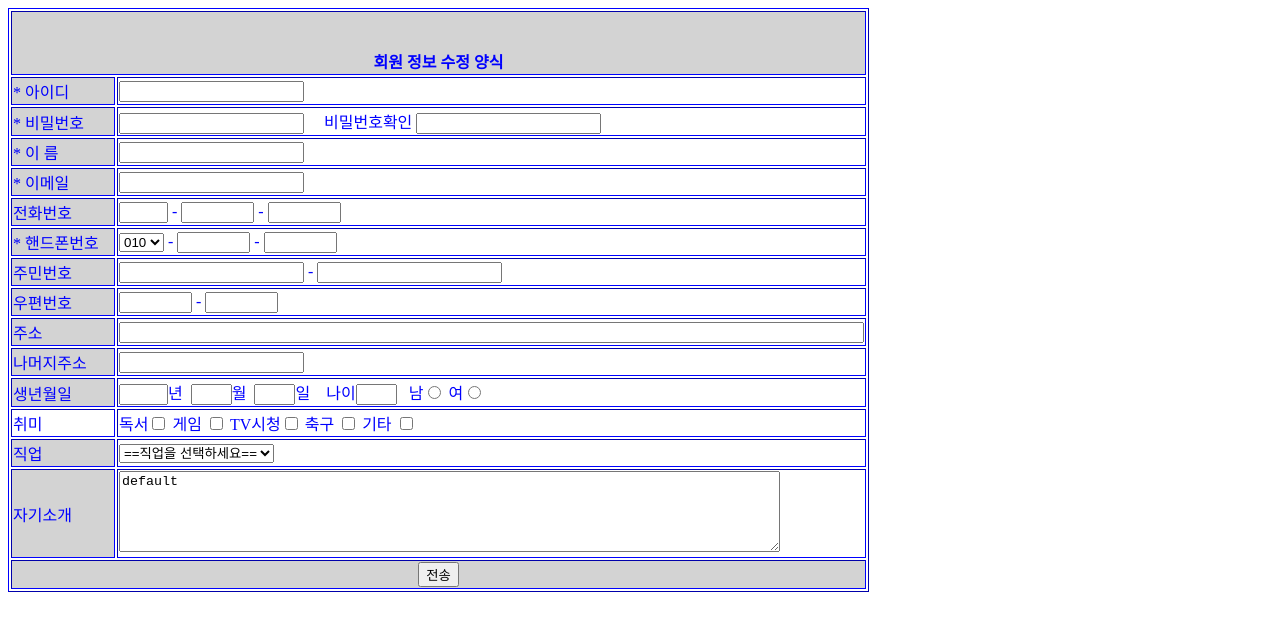
Repository: vkfkstptkd1/WebProgramming
Page: http://localhost/ch3_FormTag/In_Form_ok.jsp
These files come from the project's save history. The page is drawn as it stood at one moment and after the next save; the edit follows.
The browser window is 1280 px wide. The pictures show the whole page.
The page is served by Tomcat 9.

Above is the page before, as saved 2021-03-20 09:12:48.

### ch3_FormTag/WebContent/In_Form_ok.jsp
<%@ page language="java" contentType="text/html; charset=EUC-KR"
    pageEncoding="EUC-KR"%>
<%  request.setCharacterEncoding("euc-kr");  %><!--한글입력전송받을때이거반드시필요.-->
<!DOCTYPE html>
<html>
<head>
<meta charset="EUC-KR">
<title>Insert title here</title>
<style type="text/css">
.style1{border-color:blue;color:blue;}
.style0{color:blue;background-color:lightgrey;}
</style>
</head>
<body>
	<table class="style1" border="1">
	<tr><th class="style0" colspan=2><br><br>회원 정보 수정 양식</th></tr><!--표제목  -->
	<tr><td class="style0" width= "100"> * 아이디</td>
		<td width="500"> <input type="text" name="id"></td>
	</tr>
	<tr><td class="style0"> * 비밀번호</td>
		<td class="style1"> <input type="text" name="pwd"> &nbsp;&nbsp;&nbsp;&nbsp;비밀번호확인 <input type="text" name="pwdok">
		</td>
	</tr>
	<tr><td class="style0"> * 이 름</td>
		<td class="style1"> <input type="text" name="name"></td>
	</tr>
	<tr><td class="style0"> * 이메일</td>
		<td class="style1"> <input type="text" name="email"></td>
	</tr>
	<tr><td class="style0"> 전화번호</td>
		<td class="style1"><input type="text" name="homenumber" size=3>
			-
			<input type="text" name="homenumber" size=6>
			-
			<input type="text" name="homenumber" size=6>
		</td>
	</tr>
	<tr><td class="style0"> * 핸드폰번호</td>
		<td class="style1">
		<SELECT NAME="phonenumber1">
		<OPTION VALUE="010">010</OPTION>
		<OPTION VALUE="011">011</OPTION>
		<OPTION VALUE="012">012</OPTION>
		</SELECT>
		-
		<input type="text" name="phonenumber2" size=6>
		-
		<input type="text" name="phonenumber3" size=6>
		</td>
	</tr>
	<tr><td class="style0"> 주민번호</td>
		<td class="style1">
			 <input type="text" name="ssn1">
			 -
			 <input type="text" name="ssn2">
		</td>
	</tr>
	<tr><td class="style0"> 우편번호</td>
		<td class="style1">
			 <input type="text" name="pn1" size=6>
			 -
			 <input type="text" name="pn2" size=6></td>
	</tr>
	<tr><td class="style0"> 주소</td>
		<td class="style1"> <input type="text" name="ad" size=90 ></td>
	</tr>
	<tr><td class="style0"> 나머지주소</td>
		<td class="style1"> <input type="text" name="remainderad"></td>
	</tr>
	<tr><td class="style0"> 생년월일</td>
		<td> <input type="text" name="year" size=3>년&nbsp;
			 <input type="text" name="month" size=2>월&nbsp;
			 <input type="text" name="day" size=2>일&nbsp;&nbsp;&nbsp;
			 나이<input type="text" name="age" size=2>&nbsp;&nbsp;
			 남<input type="radio" name="gender" value="남">
			 여<input type="radio" name="gender" value="여">
		</td>
	</tr>
	<tr><td class="style1"> 취미</td>
		<td class="style1">
			 독서<input type="checkbox" name="hobby" value="독서">
			 게임	<input type="checkbox" name="hobby" value="게임">
		   TV시청<input type="checkbox" name="hobby" value="TV시청">
			 축구	<input type="checkbox" name="hobby" value="축구">
			 기타	<input type="checkbox" name="hobby" value="기타">
		</td>
	</tr>
	<tr><td class="style0"> 직업</td>
		<td >
		<SELECT NAME="job">
         <OPTION VALUE="">==직업을 선택하세요==</OPTION>
         <OPTION VALUE="학생">학생</OPTION>
         <OPTION VALUE="회사원">회사원</OPTION>
         <OPTION VALUE="군인">군인</OPTION>
         <OPTION VALUE="기타">기타</OPTION>
	    </SELECT>
	    </td>
	</tr>
	<tr><td class="style0"> 자기소개</td>
		<td class="style1">
		<textarea name="intro" rows=5 cols=80 >default</textarea>
		</td>
	</tr>
	<tr>
		<td class="style0" colspan="2"><center><input type="submit" value="전송" ></center></td>
	</tr>
	</table>

</body>
</html>

After the next save:
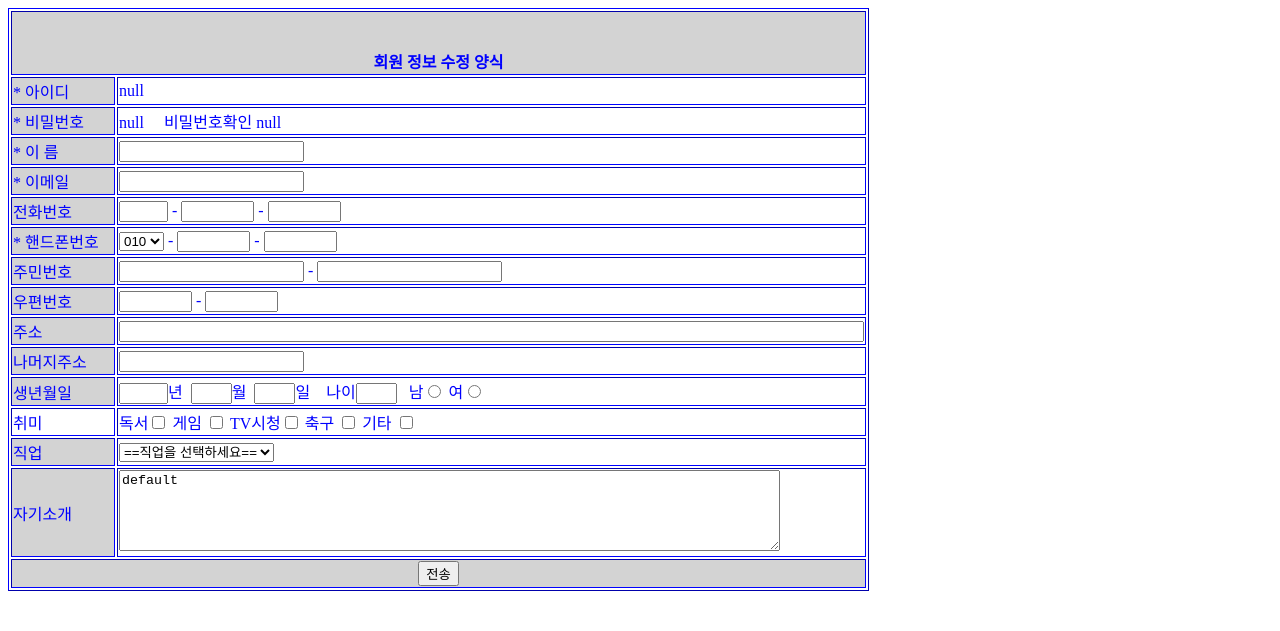
Saved 32 min 41 s later.
--- a/ch3_FormTag/WebContent/In_Form_ok.jsp
+++ b/ch3_FormTag/WebContent/In_Form_ok.jsp
@@ -15,10 +15,10 @@
 	<table class="style1" border="1">
 	<tr><th class="style0" colspan=2><br><br>회원 정보 수정 양식</th></tr><!--표제목  -->
 	<tr><td class="style0" width= "100"> * 아이디</td>
-		<td width="500"> <input type="text" name="id"></td>
+		<td width="500"> <%=request.getParameter("id") %></td>
 	</tr>
 	<tr><td class="style0"> * 비밀번호</td>
-		<td class="style1"> <input type="text" name="pwd"> &nbsp;&nbsp;&nbsp;&nbsp;비밀번호확인 <input type="text" name="pwdok">
+		<td class="style1"> <%=request.getParameter("pwd") %> &nbsp;&nbsp;&nbsp;&nbsp;비밀번호확인 <%=request.getParameter("pwdok") %>
 		</td>
 	</tr>
 	<tr><td class="style0"> * 이 름</td>
